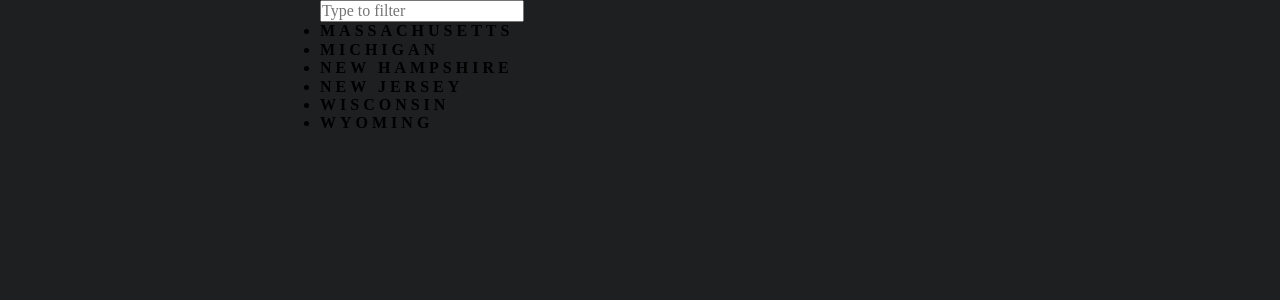
Repository: spihex/stage2-custom-dropdown
Page: index.html
An editor plug-in stored every save of this project. The page is shown before and after the next save, followed by the edit.
The browser window is 1280 px wide. The pictures show the whole page.

Above is the page before, as saved 2021-02-08 01:46:32.

After the next save:
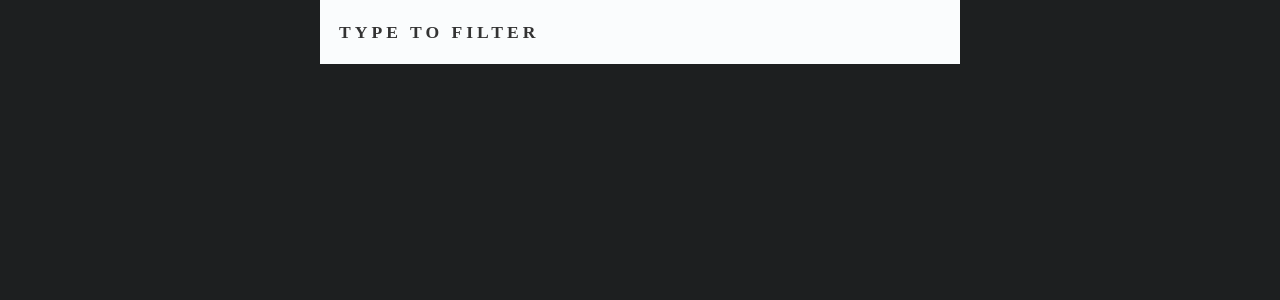
Saved 119 s later.
--- a/index.html
+++ b/index.html
@@ -11,7 +11,7 @@
 
     <body>
 
-        <form>
+        <div class="dropdown">
             <input class="dropdown__input" type="text" value="" placeholder="Type to filter">
 
             <ul class="dropdown__list">
@@ -22,7 +22,7 @@
                 <li class="dropdown__item">Wisconsin</li>
                 <li class="dropdown__item">Wyoming</li>
             </ul>
-        </form>
+        </div>
 
         <script src="./js/main.js"></script>
     </body>
--- a/css/main.css
+++ b/css/main.css
@@ -35,19 +35,19 @@ h1 span {
     color: #FF908B;
 }
 
-form {
+.dropdown {
     position: relative;
     width: 50%;
 }
 
-.chosen-value, .value-list {
+.dropdown__input, .dropdown__list {
     position: absolute;
     top: 0;
     left: 0;
     width: 100%;
 }
 
-.chosen-value {
+.dropdown__input {
     font-family: "Ek Mukta";
     text-transform: uppercase;
     font-weight: 600;
@@ -60,31 +60,31 @@ form {
     transition: 0.3s ease-in-out;
 }
 
-.chosen-value::-webkit-input-placeholder {
+.dropdown__input::-webkit-input-placeholder {
     color: #333;
 }
 
-.chosen-value:hover {
+.dropdown__input:hover {
     background-color: #FF908B;
     cursor: pointer;
 }
 
-.chosen-value:hover::-webkit-input-placeholder {
+.dropdown__input:hover::-webkit-input-placeholder {
     color: #333;
 }
 
-.chosen-value:focus, .chosen-value.open {
+.dropdown__input:focus, .dropdown__input.open {
     box-shadow: 0px 5px 8px 0px rgba(0, 0, 0, 0.2);
     outline: 0;
     background-color: #FF908B;
     color: #000;
 }
 
-.chosen-value:focus::-webkit-input-placeholder, .chosen-value.open::-webkit-input-placeholder {
+.dropdown__input:focus::-webkit-input-placeholder, .dropdown__input.open::-webkit-input-placeholder {
     color: #000;
 }
 
-.value-list {
+.dropdown__list {
     list-style: none;
     margin-top: 4rem;
     box-shadow: 0px 5px 8px 0px rgba(0, 0, 0, 0.2);
@@ -93,12 +93,12 @@ form {
     transition: 0.3s ease-in-out;
 }
 
-.value-list.open {
+.dropdown__list.open {
     max-height: 320px;
     overflow: auto;
 }
 
-.value-list li {
+.dropdown__item {
     position: relative;
     height: 4rem;
     background-color: #FAFCFD;
@@ -111,11 +111,11 @@ form {
     opacity: 1;
 }
 
-.value-list li:hover {
+.dropdown__item:hover {
     background-color: #FF908B;
 }
 
-.value-list li.closed {
+.dropdown__item.closed {
     max-height: 0;
     overflow: hidden;
     padding: 0;
